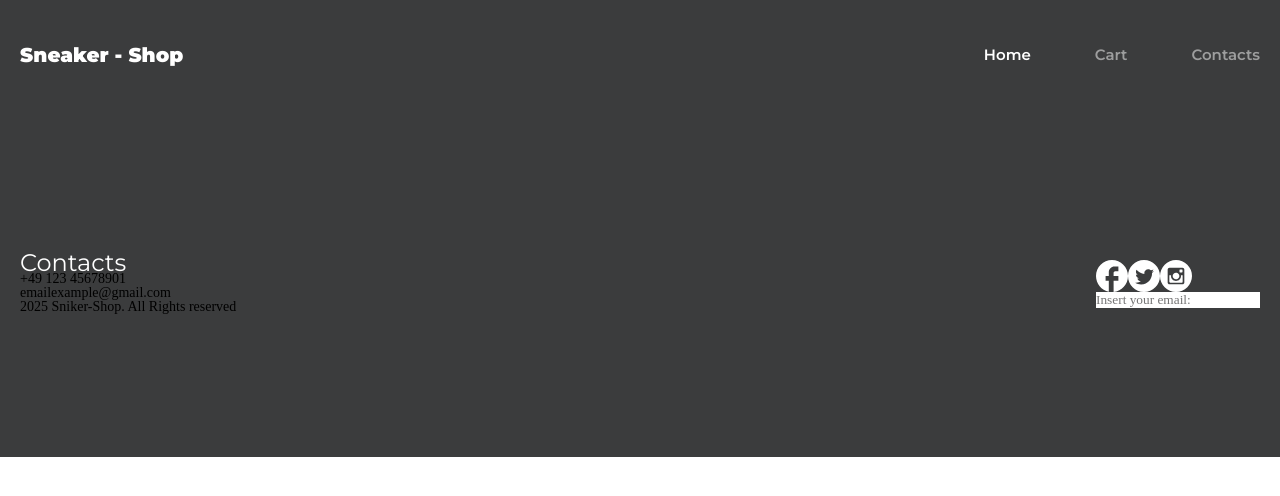
Repository: IstratiiNik/sneaker-shop
Page: /
The author's editor kept a copy of each file at every save. The page is drawn from the files as they stood at one save, then again after a run of saves.
The browser window is 1280 px wide. The pictures show the whole page.
The project was rebuilt for these pictures with package versions that can differ from the ones it lists, and the page was loaded fresh each time. Also part of the build but not shown: vite.config.js.

Above is the page before, as saved 2025-07-01 14:03:31.

After the next 2 saves:
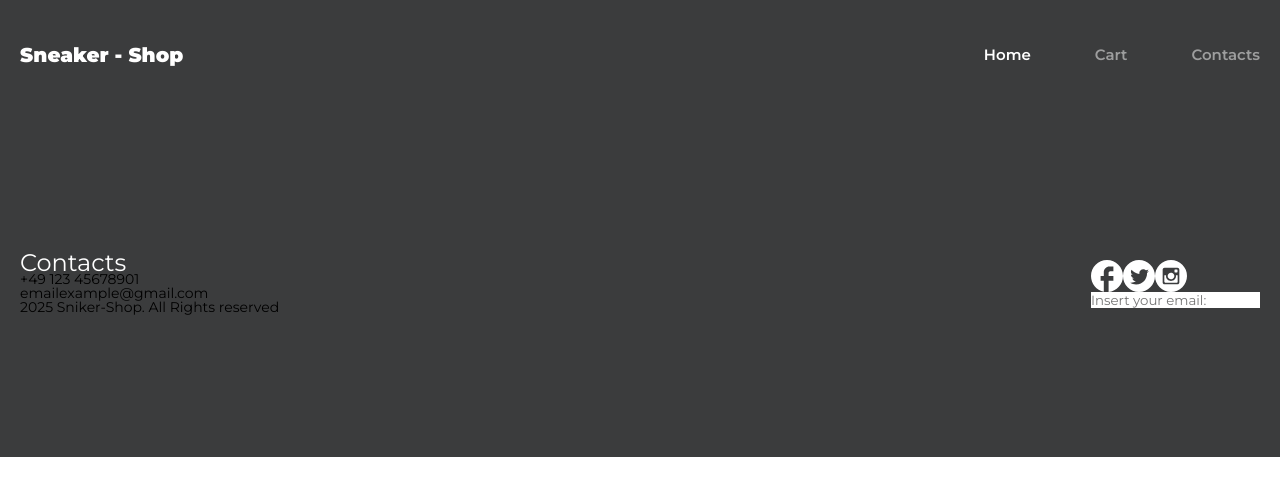
The 2 saves are shown as one change because they came seconds apart.
The last was saved 9 s later.
--- a/src/App.css
+++ b/src/App.css
@@ -1,7 +1,7 @@
 @import "reset.css";
 
 #root {
-	font-family: Monserat;
+  font-family: Montserrat;
   margin: 0 auto;
   height: 100%;
 }
